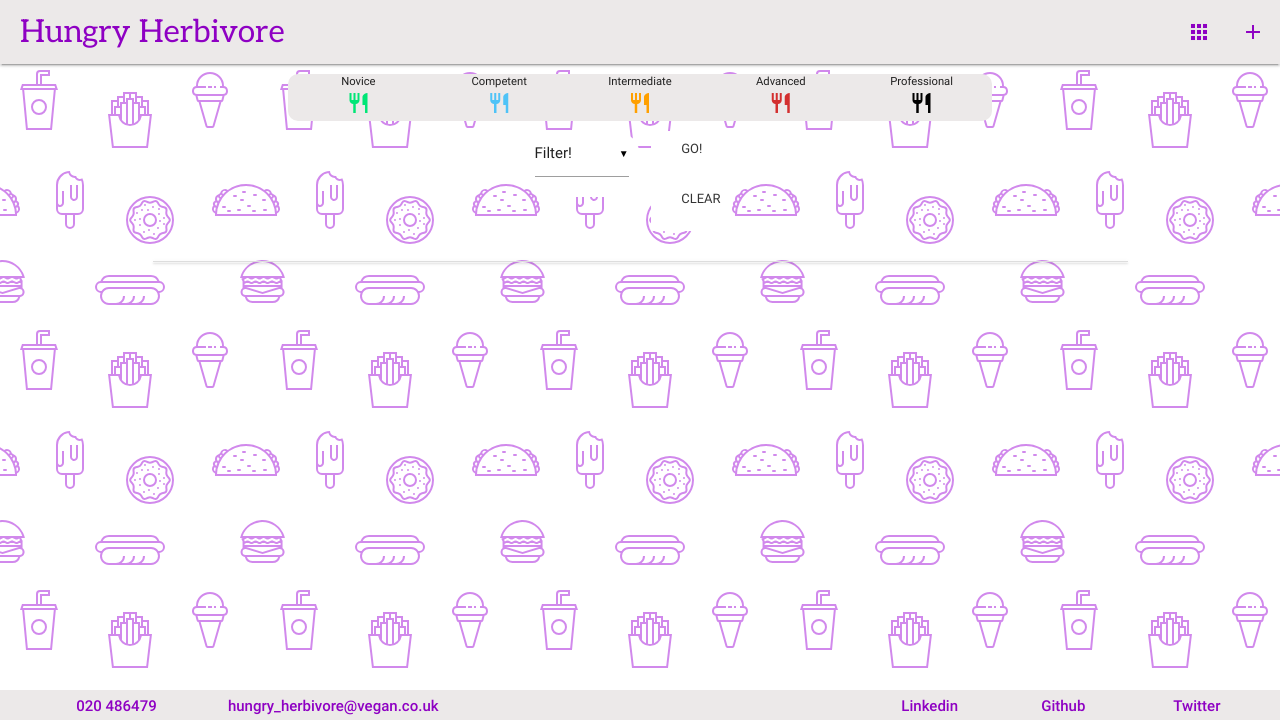
Repository: tgarratt/HungryHerbivore-Milestone3
Page: templates/recipes.html
The author's editor kept a record of every edit. The page is drawn from the files as they stood at one moment, then again after the next edit.
The browser window is 1280 px wide. The pictures show the whole page.
The template is drawn by Flask 3. The application's start-up code is not run. The template is opened directly, without the code that normally fills it, so the values that code supplies are empty.

Above is the page before.

After the next edit:
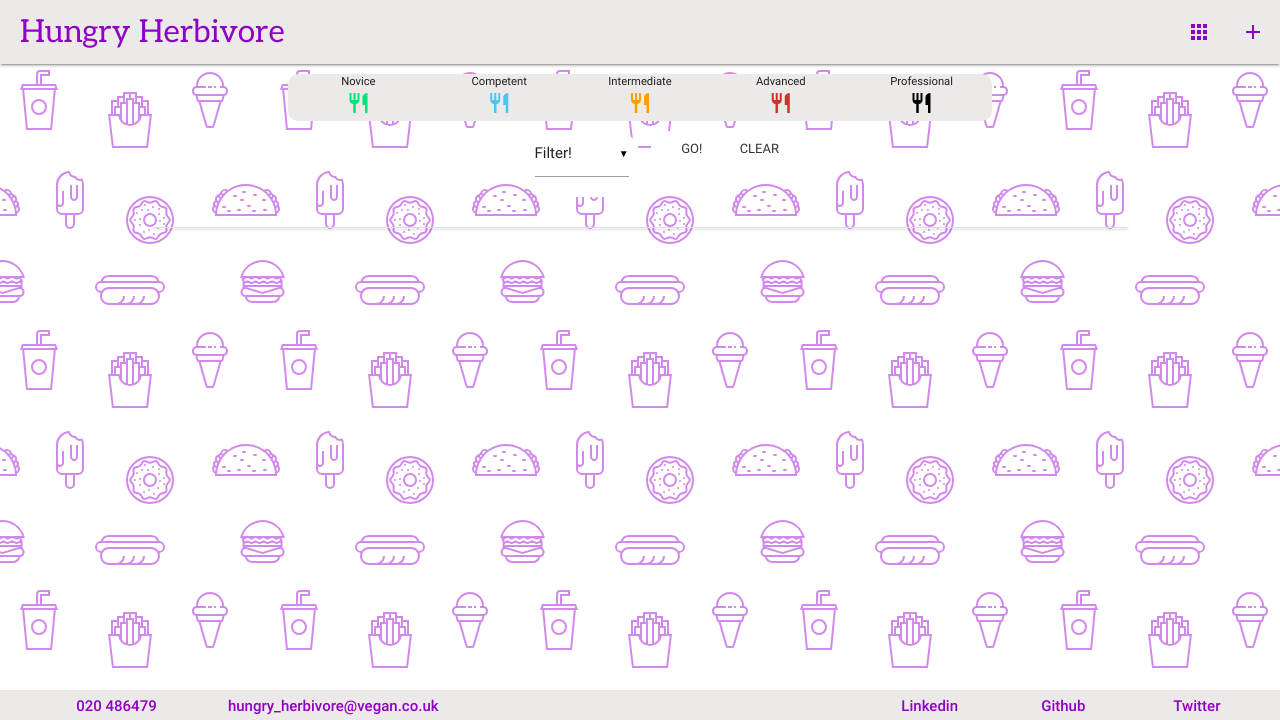
The edit:
--- a/templates/recipes.html
+++ b/templates/recipes.html
@@ -42,7 +42,7 @@
                 </div>
             </div>
         </form>
-        <div class="col m6">
+        <div class="col m3">
             <a href="{{url_for('get_recipes')}}" class="waves-effect waves-teal btn-flat search-button-hover search-button">Clear</a>
         </div>
     </div>
